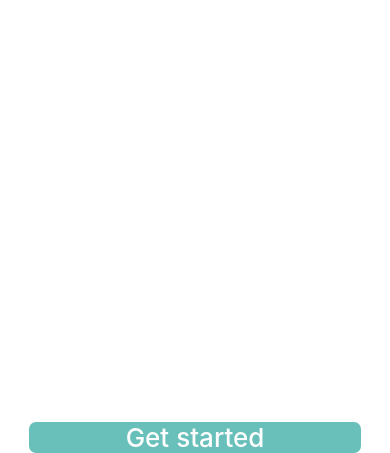
Repository: pheonixlegend/keleya
Screen: /Sign Up
These files come from the project's save history. The screen is drawn as it stood at one moment and after the next save; the edit follows.
The pictures show rows 422 to 875 of an output 875 px tall.
The app was drawn by React Native's web renderer in a window 390 px wide. The project was rebuilt for these pictures with package versions that can differ from the ones it lists, and the page was loaded fresh each time.

Above is the screen before, as saved 2021-10-01 02:22:49.

### App.tsx
import { StatusBar } from 'expo-status-bar';
import React from 'react';
import { StyleSheet, Text, View } from 'react-native';
import Home from './screens/Home';
import { NavigationContainer } from '@react-navigation/native';
import AppStack from './routes/AppStack';

export default function App() {
  return (
    <NavigationContainer>
      <AppStack />
    </NavigationContainer>
  );
}

const styles = StyleSheet.create({
  container: {
    flex: 1,
    backgroundColor: '#fff',
    alignItems: 'center',
    justifyContent: 'center',
  },
});

### routes/AppStack.tsx
import { createStackNavigator } from '@react-navigation/stack';
import { Image } from 'react-native';
import Home from '../screens/Home';
import ImageHeader from '../components/ImageHeader';
import SignUp from '../screens/SignUp';
import React from 'react';
import { Entypo } from '@expo/vector-icons';

const Stack = createStackNavigator();
    const appStack = () => {
        return (
            <Stack.Navigator
                screenOptions={{
                headerShown: false,
                headerTransparent: true,
                headerStyle: {
                  },
                  headerBackTitleStyle: {
                      opacity: 0,
                  },
                  headerTintColor: 'transparent'
                }}
            >
                <Stack.Screen name="Home" component={Home} />
                <Stack.Screen
                    name="Sign Up"
                    component={SignUp}
                    options={{
                        headerShown: true,
                        headerBackImage: ()=>(<Entypo name='arrow-left' size={22}
                        color="#4a4a4a" style={{ paddingLeft: '20%', marginTop: '-10%' }} />)
                    }}
                />
            </Stack.Navigator>
        )
    }
export default appStack

### screens/Home.tsx
import { StatusBar } from 'expo-status-bar';
import React from 'react';
import { StyleSheet, Text, View, Button, Image, SafeAreaView, ImageBackground, TouchableOpacity } from 'react-native';
import { Global } from '../styles/Global'

const Home = ({navigation}: {navigation: any}) => {
  const pressHandler = () => {
    navigation.push("Sign Up")
  }

  return (
    <ImageBackground source={require('../assets/images/first-intro-image.png')} style={styles.backgroundImage} >

    <SafeAreaView style={Global.container}>
      <StatusBar backgroundColor={'transparent'} translucent/>

      <View style={styles.imageContainer}>
        <Image source={require('../assets/images/keleya-logo.png')} style={styles.image} resizeMode="contain" />
      </View>

      <View style={styles.centeredView}>
        <Text style={styles.subText}>For a fit and relaxed pregnancy</Text>
      </View>

      <View style={styles.buttonContainer}>
      <TouchableOpacity style={styles.customBtnBGBottom} onPress={pressHandler}>
        <Text style={styles.customBtnTextBottom}>Get started</Text>
      </TouchableOpacity>


      <TouchableOpacity style={styles.customBtnBGBottom2} onPress={pressHandler}>
        <Text style={styles.customBtnTextBottom2}>Or login</Text>
      </TouchableOpacity>
      </View>
    </SafeAreaView>

    </ImageBackground>
  )
}

const styles = StyleSheet.create({
  imageContainer: {
    justifyContent: 'center',
    alignItems: 'center',
    height: '20%'
  },

  backgroundImage: {
    flex: 1,
    width: undefined,
    height: undefined,
    resizeMode: 'cover'
  },

  centeredView: {
    justifyContent: 'center',
    alignItems: 'center'
  },

  image: {
    width: '23%',
    height: '100%'
  },

  subText: {
    textAlign: 'center',
    fontSize: 24,
    fontWeight: "500",
    marginTop: '-3%',
    width: '53%',
    color: "#4a4a4a"
  },

  buttonContainer: {
    flex: 1,
    alignItems: 'center',
    height: '12.4%',
  },

  customBtnBGBottom: {
    backgroundColor: "#69c0ba",
    borderRadius: 7,
    width: '85%',
    height: '6.2%',
    position: 'absolute',
    bottom: 0,
    marginBottom: '23%',
    justifyContent: 'center',
    alignItems: 'center',
  },

  customBtnBGBottom2: {
    backgroundColor: "transparent",
    borderRadius: 7,
    width: '85%',
    position: 'absolute',
    bottom: 0,
    marginBottom: '10%',
    justifyContent: 'center',
    alignItems: 'center',
  },

  customBtnTextBottom: {
    fontSize: 26,
    fontWeight: "500",
    color: "#fff",
    textAlign: "center"
  },

  customBtnTextBottom2: {
    fontSize: 21,
    fontWeight: "600",
    color: "#4a4a4a",
    textAlign: "center"
  }

});

export default Home

### screens/SignUp.tsx
import { StatusBar } from 'expo-status-bar';
import React from 'react';
import { StyleSheet, Text, View, Button, Image, SafeAreaView, ImageBackground, TouchableOpacity } from 'react-native';
import { Global } from '../styles/Global';
import ImageHeader from '../components/ImageHeader';

const SignUp = ({navigation}: {navigation: any}) => {
  const pressHandler = () => {
    navigation.push("Home")
  }

 return (
    <SafeAreaView style={styles.mainContainer}>
      <StatusBar backgroundColor={'transparent'} translucent/>
      <ImageHeader/>
      <View style={styles.centeredView}>
        <Text style={styles.subText}>Add your details below to set up an account</Text>

      </View>
      <View style={styles.buttonContainer}>
          <TouchableOpacity style={styles.customBtnBGBottom} onPress={pressHandler}>
            <Text style={styles.customBtnTextBottom}>Get started</Text>
          </TouchableOpacity>
      </View>


    </SafeAreaView>
  )
}

const styles = StyleSheet.create({
  mainContainer: {
    flex: 1,
    backgroundColor: 'white'
  },

  centeredView: {
    flex: 2,
    justifyContent: 'flex-start',
    alignItems: 'center',
    backgroundColor: 'white',
    marginTop: '80%',
    paddingLeft: '10%',
    paddingRight: '10%'
  },

  subText: {
    textAlign: 'center',
    fontSize: 25,
    width: '90%',
    fontWeight: "300",
    color: "#4a4a4a"
  },

  buttonContainer: {
    position: 'relative',
    alignItems: 'center',
    backgroundColor: 'white',
    width: '100%',
    marginTop: '10%'
  },

  customBtnBGBottom: {
    backgroundColor: "#69c0ba",
    borderRadius: 7,
    width: '85%',
    position: 'absolute',
    justifyContent: 'center',
    alignItems: 'center'
  },

  customBtnTextBottom: {
    fontSize: 26,
    fontWeight: "500",
    color: "#ffff",
    textAlign: "center"
  }

});

export default SignUp

### styles/Global.tsx
import { StyleSheet } from 'react-native';

export const Global = StyleSheet.create({
    container: {
        flex: 1,
        backgroundColor: 'transparent',
    }
})

### components/ImageHeader.tsx
import * as React from 'react';
import { Text, View, StyleSheet, Image, ImageBackground } from 'react-native';
import { Entypo } from '@expo/vector-icons';

export default function ImageHeader() {
  return (
      <Image source={require('../assets/images/authentication-background-image.jpg')} style={styles.image} resizeMode="cover">

    </Image>
  );
}

const styles = StyleSheet.create({
  image: {
    flex: 1,
    position: 'absolute',
    width: '100%',
    height: '50%'
  }
});

After the next save:
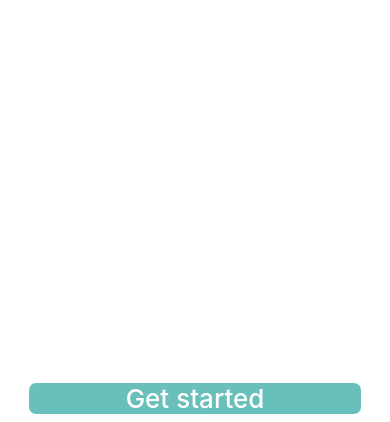
Saved 12 s later.
--- a/screens/SignUp.tsx
+++ b/screens/SignUp.tsx
@@ -57,7 +57,7 @@
     alignItems: 'center',
     backgroundColor: 'white',
     width: '100%',
-    marginTop: '10%'
+    marginBottom: '10%'
   },
 
   customBtnBGBottom: {

After the save that followed:
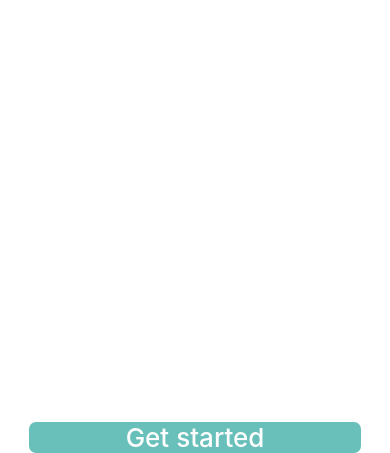
Saved 19 s later.
--- a/screens/SignUp.tsx
+++ b/screens/SignUp.tsx
@@ -57,7 +57,7 @@
     alignItems: 'center',
     backgroundColor: 'white',
     width: '100%',
-    marginBottom: '10%'
+    PaddingBottom: '10%'
   },
 
   customBtnBGBottom: {
